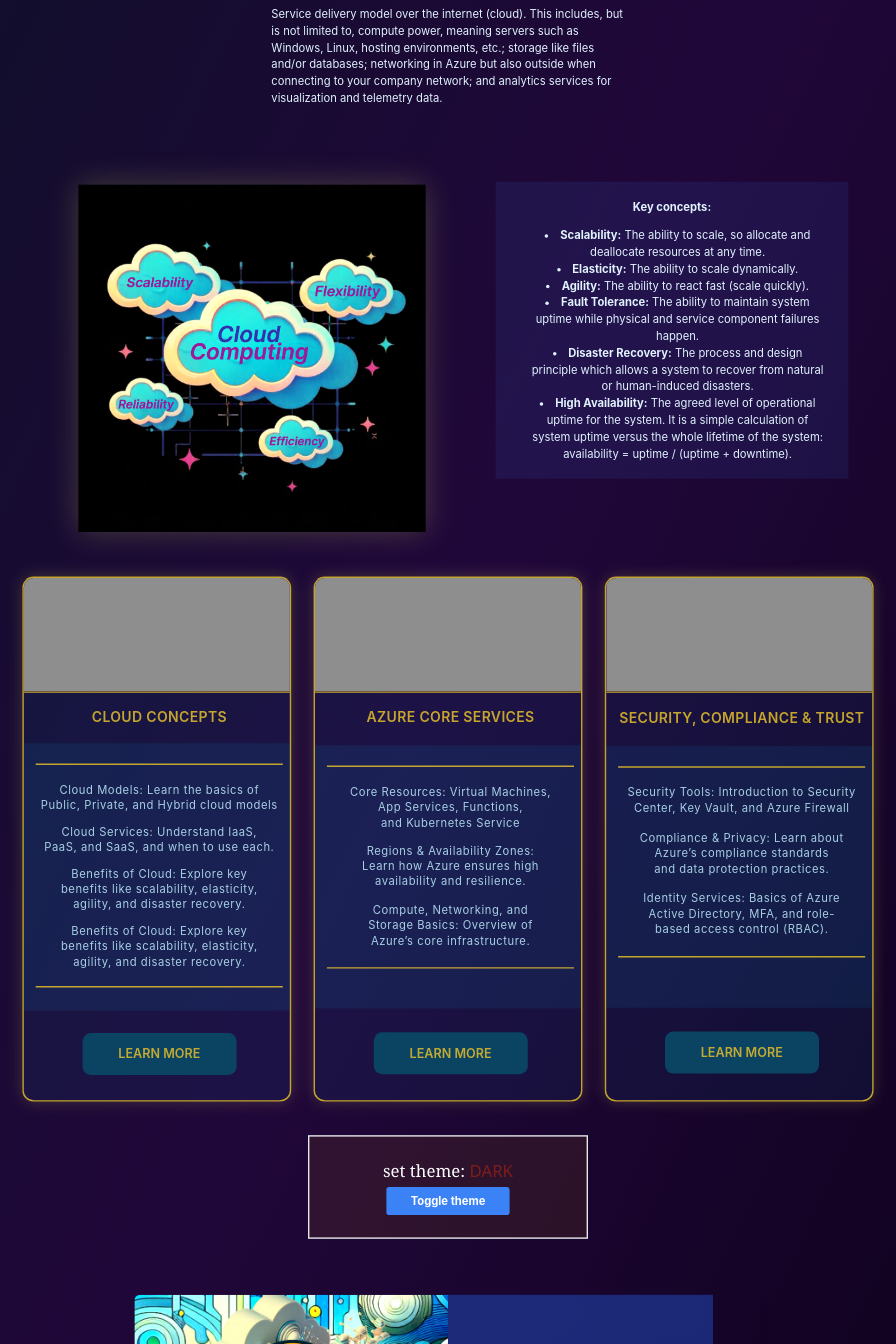
Repository: Freezler/az-900_svelte5
Page: /
The author's editor kept a copy of each file at every save. The page is drawn from the files as they stood at one save, then again after the next save.
The browser window is 1280 px wide. The pictures show the part of the page from y = 404 to 2324 px (the page is 2706 px tall before and 3274 px after), at 70% of full size.
Pictures or frames that could not be fetched are drawn as grey boxes. The project was rebuilt for these pictures with package versions that can differ from the ones it lists, and the page was loaded fresh each time. The framework's server and built-in components were replaced by stand-ins that run in the browser. Also part of the build but not shown: vite.config.ts.

Above is the page before, as saved 2024-11-10 10:36:38.

After the next save:
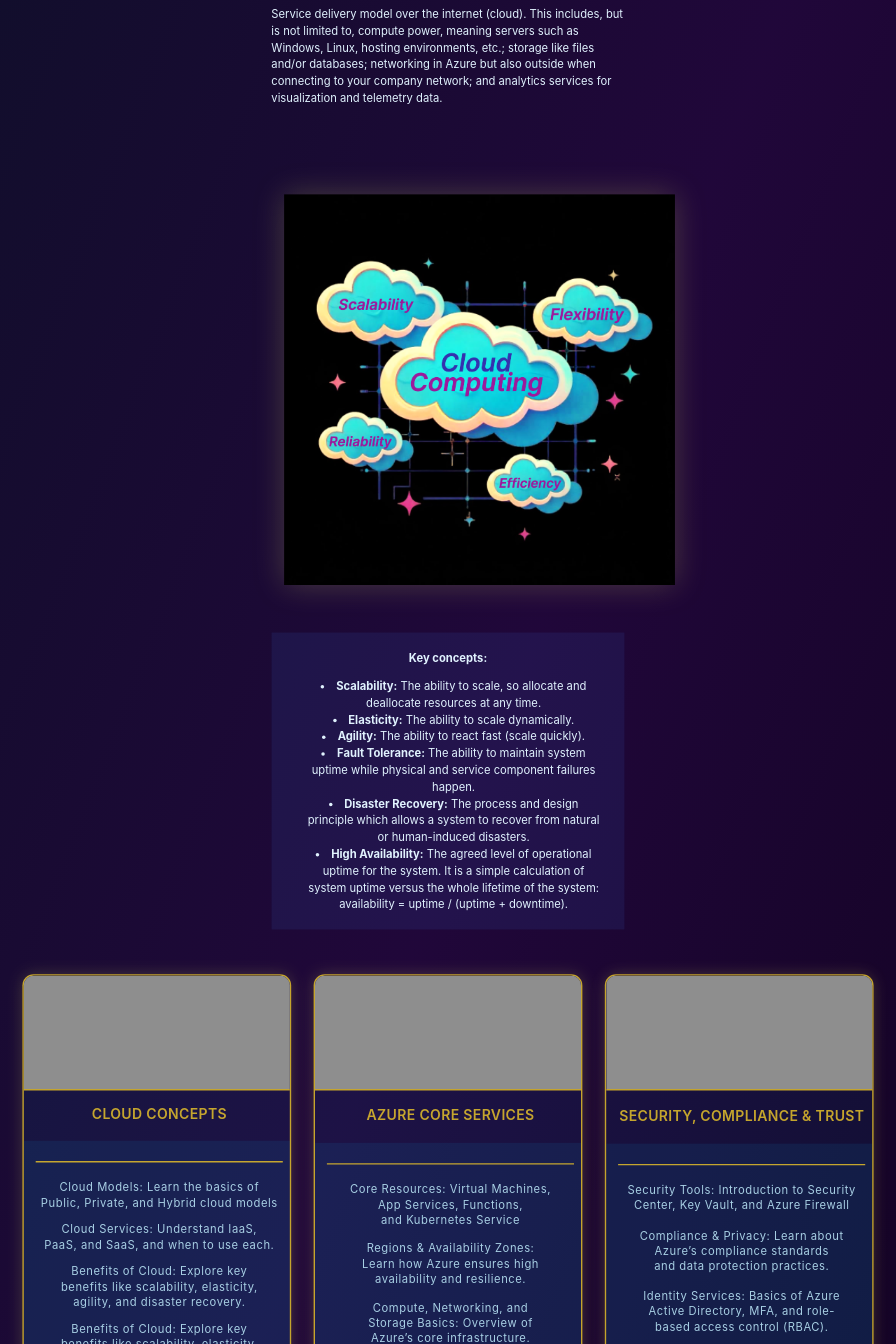
Saved 15 s later.
--- a/src/components/ComputingArticle.svelte
+++ b/src/components/ComputingArticle.svelte
@@ -8,7 +8,7 @@
 	</p>
 </div>
 
-<section class="grid items-center lg:grid-cols-2 justify-center place-items-center z-10 text-center">
+<section class="grid items-center grid-cols-1lg:grid-cols-2 justify-center place-items-center z-10 text-center">
 	<img
 		src="../public/images/cloud.png"
 		alt="cloudSolutions"

After the save that followed:
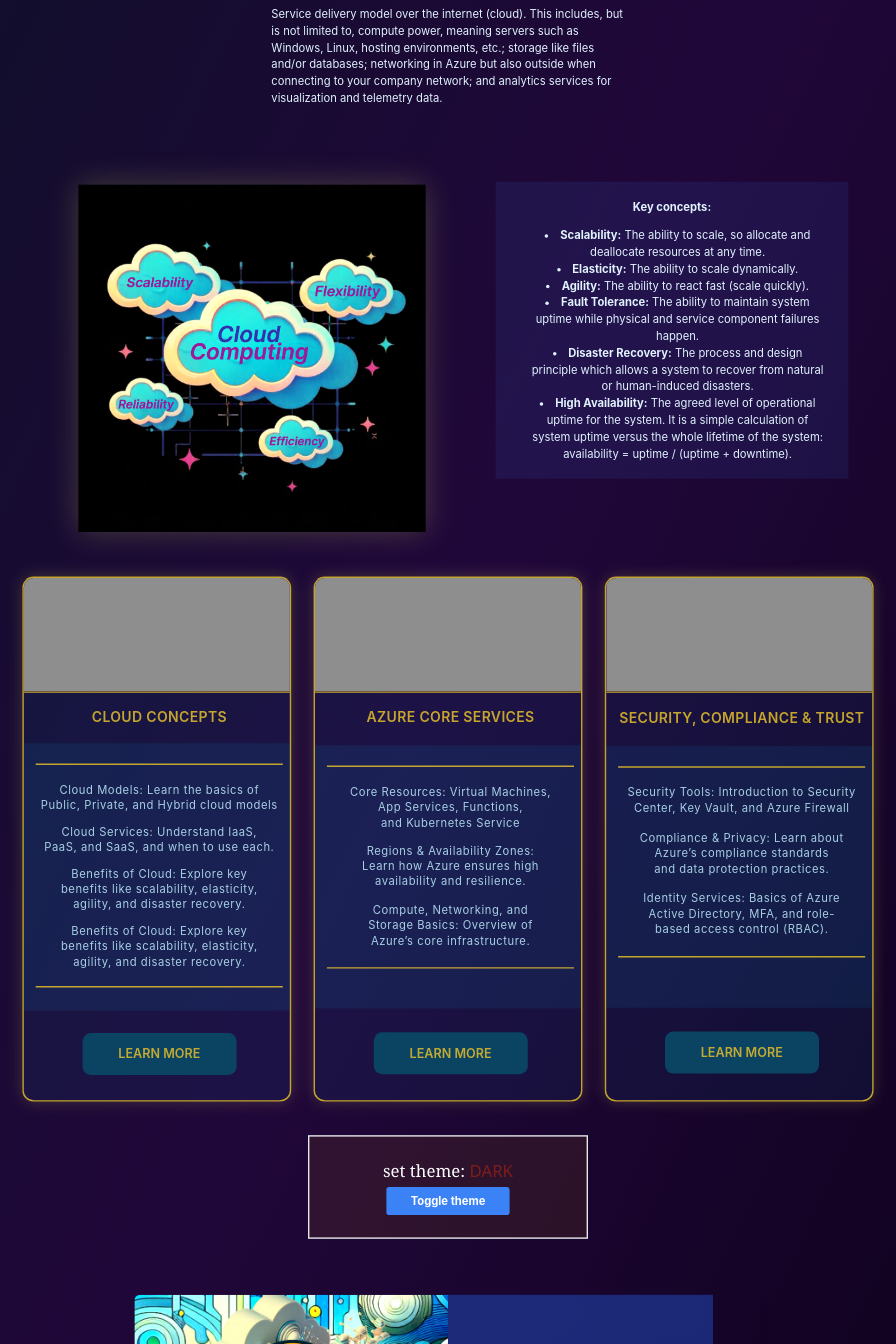
Saved 31 s later.
--- a/src/components/ComputingArticle.svelte
+++ b/src/components/ComputingArticle.svelte
@@ -8,7 +8,7 @@
 	</p>
 </div>
 
-<section class="grid items-center grid-cols-1lg:grid-cols-2 justify-center place-items-center z-10 text-center">
+<section class="grid items-center grid-cols-1 lg:grid-cols-2 justify-center place-items-center z-10 text-center">
 	<img
 		src="../public/images/cloud.png"
 		alt="cloudSolutions"
